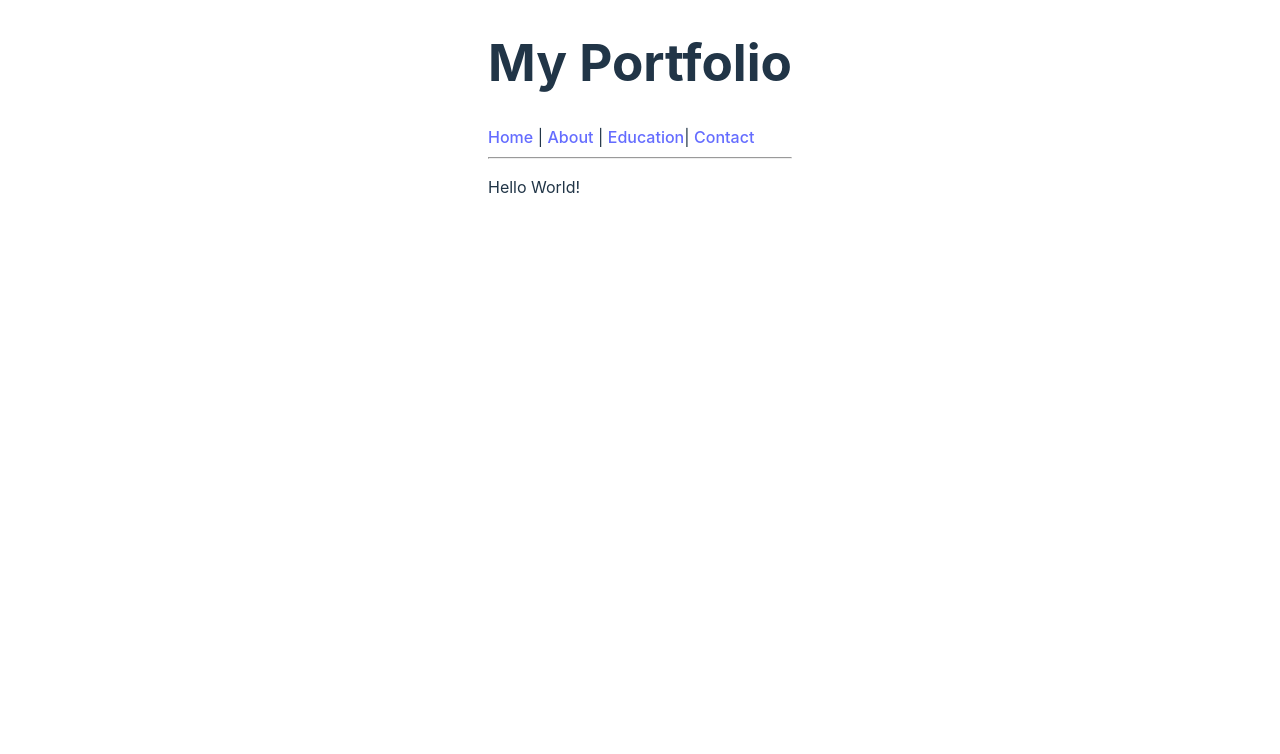
Repository: Viditv68/VIditRawat_Portfolio.github.io
Page: / (app in client/)
The author's editor kept a copy of each file at every save. The page is drawn from the files as they stood at one save, then again after the next save.
The browser window is 1280 px wide. The pictures show the whole page.
The project was rebuilt for these pictures with package versions that can differ from the ones it lists, and the page was loaded fresh each time. Also part of the build but not shown: client/vite.config.js, client/src/about.jsx, client/src/contact.jsx, client/src/education.jsx, client/src/project.jsx.

Above is the page before, as saved 2023-12-16 12:18:50.

### client/src/App.jsx
import React from 'react';
import { BrowserRouter as Router } from 'react-router-dom';
//import { ThemeProvider } from '@material-ui/styles';
import MainRouter from '../MainRouter';
//import Contact from './contact'
//import theme from '../theme';
//import { hot } from 'react-hot-loader'

const App = () => {
  return (
    <Router>

        <MainRouter />

    </Router>
  );
};

export default App;

### client/src/index.css
:root {
  font-family: Inter, system-ui, Avenir, Helvetica, Arial, sans-serif;
  line-height: 1.5;
  font-weight: 400;

  color-scheme: light dark;
  color: rgba(255, 255, 255, 0.87);
  background-color: #242424;

  font-synthesis: none;
  text-rendering: optimizeLegibility;
  -webkit-font-smoothing: antialiased;
  -moz-osx-font-smoothing: grayscale;
}

a {
  font-weight: 500;
  color: #646cff;
  text-decoration: inherit;
}
a:hover {
  color: #535bf2;
}

body {
  margin: 0;

  place-items: center;
  min-width: 320px;
  min-height: 100vh;
}

h1 {
  font-size: 3.2em;
  line-height: 1.1;
}

button {
  border-radius: 8px;
  border: 1px solid transparent;
  padding: 0.6em 1.2em;
  font-size: 1em;
  font-weight: 500;
  font-family: inherit;
  background-color: #1a1a1a;
  cursor: pointer;
  transition: border-color 0.25s;
}
button:hover {
  border-color: #646cff;
}
button:focus,
button:focus-visible {
  outline: 4px auto -webkit-focus-ring-color;
}

@media (prefers-color-scheme: light) {
  :root {
    color: #213547;
    background-color: #ffffff;
  }
  a:hover {
    color: #747bff;
  }
  button {
    background-color: #f9f9f9;
  }
}

### client/MainRouter.jsx
import React from 'react'
import { Route, Routes } from 'react-router-dom'
import Home from './components/Home'
import About from './src/about'
import Contact from './src/contact'
import Education from './src/education'
import Project from './src/project'
import Layout from './components/layout'

const MainRouter = () => {
        return (<div>
                <Layout/>
                <Routes>

                        <Route exact path="/" element={<Home />} />
                        <Route exact path="/about" element={<About />} />
                        <Route exact path="/education" element={<Education />} />
                        <Route exact path="/project" element={<Project />} />
                        <Route exact path="/contact" element={<Contact />} />

                </Routes>
        </div>
        )
}
export default MainRouter

### client/components/Home.jsx
export default function Home() {
    return <p>Hello World!</p>
  }

### client/components/layout.jsx
import React from 'react';
import { Link } from 'react-router-dom';

export default function Layout() {
  return (
    <>
      <h1>My Portfolio</h1>
      <nav>
        <Link to="/">Home</Link> | <Link to="/about">About</Link> | <Link to="/education">Education</Link>| <Link to="/contact">Contact</Link>
      </nav>
      <hr />



    </>
  );
}

Loaded but not shown: client/index.html (common file); client/src/main.jsx (common file)

After the next save:
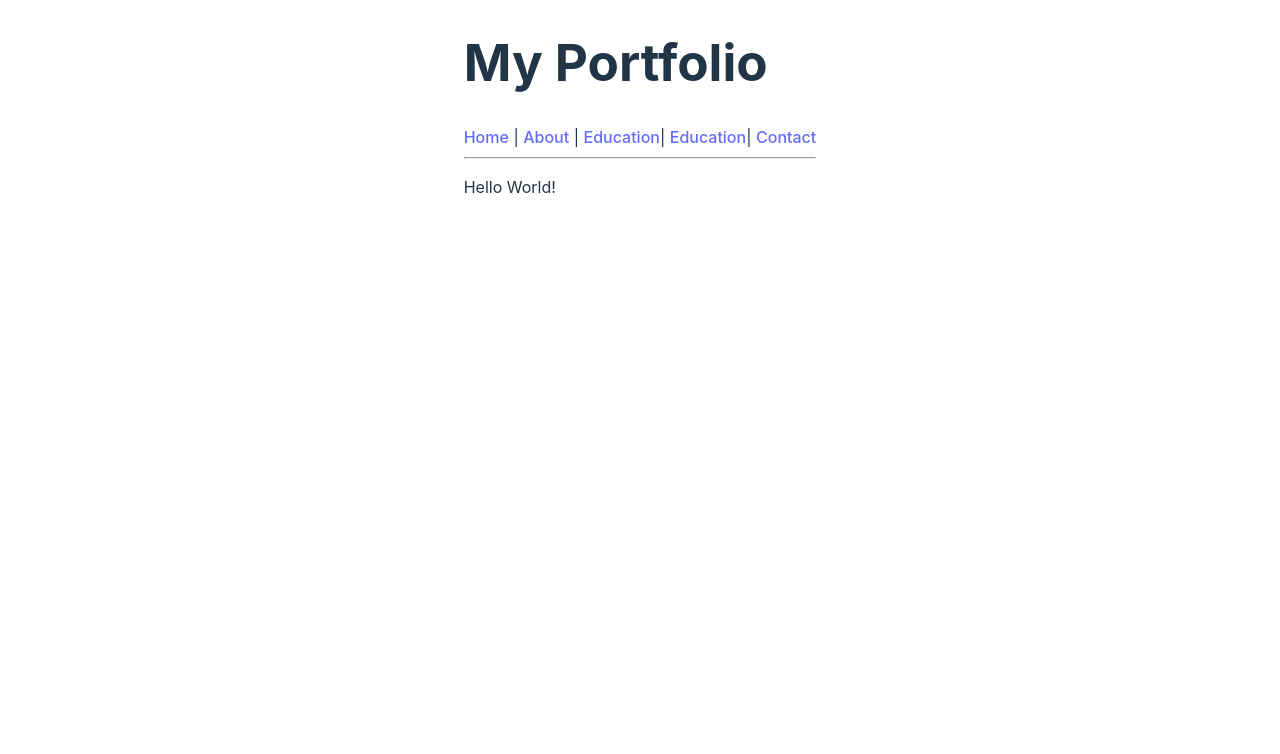
Saved 5 min 57 s later.
--- a/client/components/layout.jsx
+++ b/client/components/layout.jsx
@@ -6,7 +6,7 @@
     <>
       <h1>My Portfolio</h1>
       <nav>
-        <Link to="/">Home</Link> | <Link to="/about">About</Link> | <Link to="/education">Education</Link>| <Link to="/contact">Contact</Link>
+        <Link to="/">Home</Link> | <Link to="/about">About</Link> | <Link to="/education">Education</Link>| <Link to="/education">Education</Link>| <Link to="/contact">Contact</Link>
       </nav>
       <hr />
 

After the 2 saves that followed:
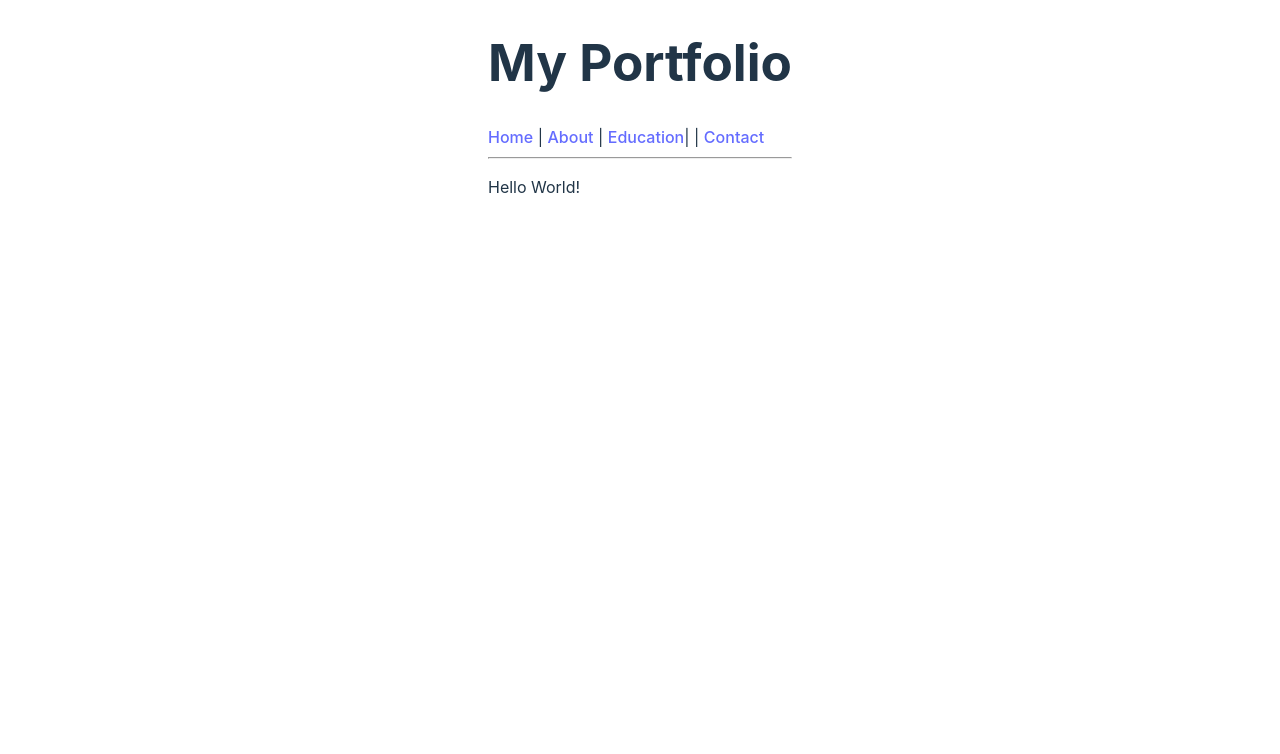
The 2 saves are shown as one change because 1 left the picture as it was.
The last was saved 27 s later.
--- a/client/components/layout.jsx
+++ b/client/components/layout.jsx
@@ -6,7 +6,7 @@
     <>
       <h1>My Portfolio</h1>
       <nav>
-        <Link to="/">Home</Link> | <Link to="/about">About</Link> | <Link to="/education">Education</Link>| <Link to="/education">Education</Link>| <Link to="/contact">Contact</Link>
+        <Link to="/">Home</Link> | <Link to="/about">About</Link> | <Link to="/education">Education</Link>| <Link to="/project"></Link>| <Link to="/contact">Contact</Link>
       </nav>
       <hr />
 
